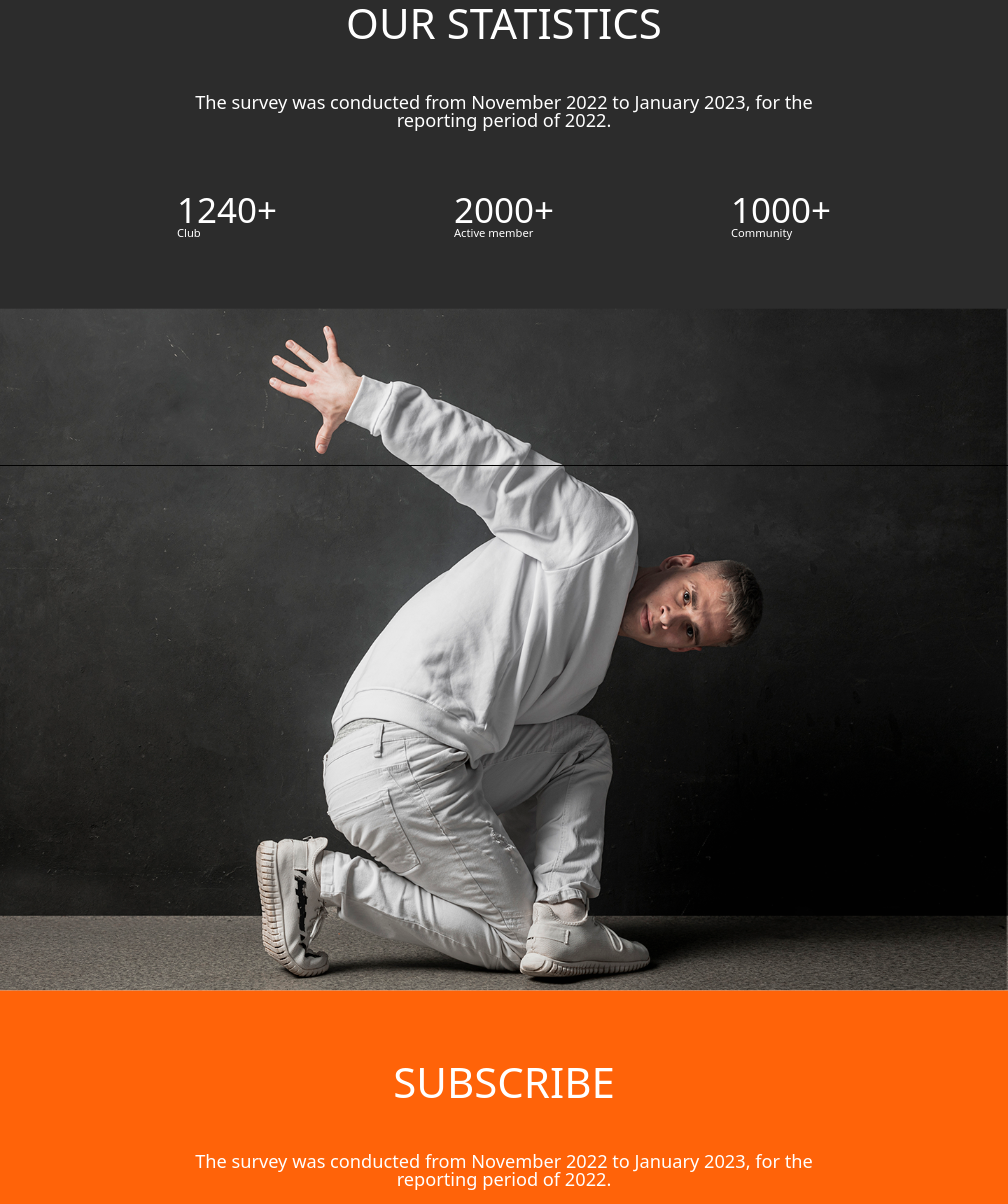
Repository: KinD2704/Web-University
Page: Bai30/index.html
An editor plug-in stored every save of this project. The page is shown before and after the next save, followed by the edit.
The browser window is 1280 px wide. The page is 1440 px wide, so the pictures cover 1440 px, including what lies to the right of the window. The pictures show the part of the page from y = 4780 to 6500 px (the page is 7244 px tall before and 7268 px after), at 70% of full size.

Above is the page before, as saved 2023-12-23 23:22:30.

### Bai30/index.html
<!DOCTYPE html>
<html lang="en">

<head>
    <meta charset="UTF-8" />
    <meta name="viewport" content="width=device-width, initial-scale=1.0" />
    <title>les 30 percent</title>
    <link rel="stylesheet" href="css/reset.css" />
    <link rel="stylesheet" href="css/global.css">
    <link rel="stylesheet" href="css/styles.css" />
</head>

<body>
    <!-- Header -->
    <header>
        <div class="container d-flex justify-space-around">
            <div>
                <img src="img/logo.png" alt="logo" class="logo1" />
            </div>
            <div>
                <ul>
                    <li><a href="#!" class="text-white transition-05">HOME</a></li>
                    <li><a href="#!" class="text-white transition-05">PRODUCT</a></li>
                    <li><a href="#!" class="text-white transition-05">FEEDBACK</a></li>
                    <li><a href="#!" class="text-white transition-05">ABOUT</a></li>
                    <li><a href="#!" class="text-white transition-05">CONTACT</a></li>
                </ul>
            </div>
            <div>
                <img src="img/search.png" alt="search" class="search" />
            </div>
        </div>
    </header>

    <div class="banner1">
        <div class="banner1__item">
            <div><p>Title Here</p></div>
            <div>Lorem ipsum dolor sit amet consectetur adipisicing elit. Vel, nam.</div>
            <div>
                <button class="buttonBtn">Click me</button>
            </div>
        </div>
    </div>
    <div class="banner2 h-974">
        <div class="banner2__container">
            <div class="banner2__text banner2__text1">
                <p class="text-white text-up">Dance Tour</p>
            </div>
            <div class="banner2__text banner2__text2">
                <p class="text-white">
                    Lorem ipsum dolor sit amet, consectetur adipiscing elit.
                    Vivamus lacinia odio vitae vestibulum vestibulum.
                </p>
            </div>
            <div class="banner2__item d-flex justify-space-evenly">
                <div class="banner2__item1">
                    <img src="img/item1.png" alt="" />
                    <p>AMERICA</p>
                    <p>
                        Lorem ipsum dolor sit amet, consectetur adipiscing
                        elit.
                    </p>
                </div>
                <div class="banner2__item1">
                    <img src="img/item2.png" alt="" />
                    <p>ASIA</p>
                    <p>
                        Lorem ipsum dolor sit amet, consectetur adipiscing
                        elit.
                    </p>
                </div>
                <div class="banner2__item1">
                    <img src="img/item3.png" alt="" />
                    <p>AUSTRALIA</p>
                    <p>
                        Lorem ipsum dolor sit amet, consectetur adipiscing
                        elit.
                    </p>
                </div>
            </div>
        </div>
    </div>
    <div class="banner3">
        <div class="banner2__container">
            <div class="banner2__text banner2__text1">
                <p class="text-white text-up">PRICING</p>
            </div>
            <div class="banner2__text banner2__text2">
                <p class="text-white">
                    Lorem ipsum dolor sit amet, consectetur adipiscing elit.
                    Vivamus lacinia odio vitae vestibulum vestibulum.
                </p>
            </div>
            <div class="banner2__item d-flex justify-space-evenly">
                <div class="banner3__item1">
                    <div class="imgBasic"><img src="img/basic.png" alt=""></div>
                    <p>basic</p>
                    <p>Lorem ipsum dolor sit amet, consectetur adipiscing elit</p>
                    <div class="bannerBtn"><button>$150.00</button></div>
                </div>
                <div class="banner3__item1">
                    <div class="imgBasic"><img src="img/basic.png" alt="" /></div>
                    <p>Professional</p>
                    <p>Lorem ipsum dolor sit amet, consectetur adipiscing elit</p>
                    <div class="bannerBtn"><button>$200.00</button></div>
                </div>
                <div class="banner3__item1">
                    <div class="imgBasic"><img src="img/basic.png" alt="" /></div>
                    <p>Ultimate</p>
                    <p>Lorem ipsum dolor sit amet, consectetur adipiscing elit</p>
                    <div class="bannerBtn"><button>$250.00</button></div>
                </div>
            </div>
        </div>
        <div class="banner4 h-974">
            <div class="banner4__container d-flex">
                <div class="banner4__item1">
                    <img src="img/anh-banner4.png" alt="" class="h-974">
                </div>
                <div class="banner4__item2">
                    <p class="p1">BREAKING DANCE</p>
                    <p class="p2">the dancers who perform it. Breaking is popular in many places, but many people do not
                        understand it </p>
                    <div class="bannerBtn"><button class="banner5-Btn">READ MORE</button></div>
                </div>

            </div>
        </div>
        <div class="banner5 h-974">
            <div class="banner5__container d-flex">
                <div class="banner5__item1">
                    <p class="p1">STREET DANCE</p>
                    <p class="p2">Street dance is a type of dance genre that came to being outside the traditional dance
                        studio</p>
                    <div class="bannerBtn"><button class="banner5-Btn">READ MORE</button></div>
                </div>
                <div class="banner5__item2">
                    <img src="img/anh-banner5.png" alt="" class="h-974">
                </div>
            </div>
        </div>
        <div class="banner6 h-974">
            <div class="banner2__container">
                <div class="banner2__text banner2__text1">
                    <p class="text-up text-white">Our Statistics</p>
                </div>
                <div class="banner2__text banner2__text2">
                    <p class="text-white">
                        The survey was conducted from November 2022 to January
                        2023, for the reporting period of 2022.
                    </p>
                </div>
                <div class="banner6__item d-flex justify-space-evenly">
                    <div class="banner6__item1">
                        <p class="text-white">1240+</p>
                        <p class="text-white">Club</p>
                    </div>
                    <div class="banner6__item1">
                        <p class="text-white">2000+</p>
                        <p class="text-white">Active member</p>
                    </div>
                    <div class="banner6__item1">
                        <p class="text-white">1000+</p>
                        <p class="text-white">Community</p>
                    </div>
                </div>
            </div>
            <div class="banner7 h-974">
                <div></div>
            </div>
            <div class="banner8">
                <div class="banner2__container">
                    <div class="banner2__text banner2__text1">
                        <p class="text-up text-white">Subscribe</p>
                    </div>
                    <div class="banner2__text banner2__text2">
                        <p class="text-white">
                            The survey was conducted from November 2022 to January
                            2023, for the reporting period of 2022.
                        </p>
                    </div>
                    <div class="contact-email d-flex">
                        <input type="text" placeholder="Your Email" class="yourEmail">
                        <button class="subscribe">SUBSCRIBE</button>
                    </div>
                </div>
            </div>
            <div class="banner9"></div>

            <!-- Footer -->
            <footer></footer>
</body>

</html>

### Bai30/css/reset.css
article,
aside,
details,
figcaption,
figure,
footer,
header,
hgroup,
menu,
nav,
section {
    display: block;
}
body {
    line-height: 1;
}
ol,
ul {
    list-style: none;
}
blockquote,
q {
    quotes: none;
}
blockquote:before,
blockquote:after,
q:before,
q:after {
    content: "";
    content: none;
}
table {
    border-collapse: collapse;
    border-spacing: 0;
}

### Bai30/css/global.css
.h-974 {
    height: 974px;
}
.text-up {
    text-transform: uppercase;
}
.d-flex {
    display: flex;
}
.text-white {
    color: #ffffff;
}
.justify-space-evenly {
    justify-content: space-evenly;
}
.justify-space-around {
    justify-content: space-around;
}
.transition-05 {
    transition: 0.5s;
}

### Bai30/css/styles.css
* {
    margin: 0;
    padding: 0;
    font-family: system-ui, -apple-system, BlinkMacSystemFont, "Segoe UI",
        Roboto, Oxygen, Ubuntu, Cantarell, "Open Sans", "Helvetica Neue",
        sans-serif;
    box-sizing: border-box;
}
body {
    width: 1440px;
    margin: 0 auto;
}
/* Header */
header {
    position: fixed;
    width: 1440px;
    height: 103px;
    background-color: #303030;
    z-index: 100;
}
.container {
    line-height: 103px;
}
.container .search {
    font-size: 28px;
    margin-top: 40px;
}
.container .logo1 {
    margin-top: 20px;
}
header ul li {
    display: inline-block;
}
header ul li a {
    text-decoration: none;
    font-size: 20px;
    margin: 0 20px;
}
header ul li:hover a {
    color: orange;
}
/* banner 1 */
.banner1 {
    background-image: url("../img/banner1.png");
    height: 796px;
    background-repeat: no-repeat;
    background-size: cover;
    position: relative;
}
.banner1__item {
    position: absolute;
    bottom: 80px;
    left: 80px;
}
/* banner 2 */
.banner2 {
    background-image: url("../img/banner2.png");
}
.banner2__container {
    padding: 100px 0;
}
.banner2__text1 p {
    font-size: 60px;
    text-align: center;
}
.banner2__text2 p {
    font-size: 26px;
    text-align: center;
    width: 892px;
    margin: 0 auto;
    margin-top: 70px;
    margin-bottom: 90px;
}
/* item */
.banner2__item1 {
    background-image: url("/img/background-item.png");
    width: 372px;
    height: 493px;
}

.banner2__item1 p {
    color: #ffffff;
    width: 372px;
}
.banner2__item1 p:first-of-type {
    display: block;
    font-size: 30px;
    text-align: center;
    margin-top: 45px;
}
.banner2__item1 p:last-of-type {
    display: block;
    font-size: 18px;
    text-align: center;
    margin-bottom: 40px;
    margin-top: 20px;
}

/* banner3 */
.banner3 {
    background-image: url("../img/banner3.png");
    height: 974px;
}
.banner3__item1 {
    color: white;
    background-image: url("../img/background-item-1.png");
    width: 372px;
    height: 493px;
}
.banner3__item1 .imgBasic {
    width: 372px;
    text-align: center;
    margin: 60px auto;
}
.banner3__item1 p:first-of-type {
    display: block;
    font-size: 30px;
    text-align: center;
    text-transform: uppercase;
    margin-bottom: 30px;
}
.banner3__item1 p:last-of-type {
    display: block;
    font-size: 18px;
    text-align: center;
    margin-bottom: 30px;
}
.banner3__item1 .bannerBtn {
    margin: 0 auto;
    width: 372px;
    text-align: center;
}
.banner3__item1 button,
.banner5-Btn {
    height: 70px;
    width: 80%;
    text-align: center;
    color: white;
    background-color: #303030;
    border-radius: 5px;
    font-size: 20px;
    transition: 0.5s;
}
.bannerBtn:hover button,
.bannerBtn:hover .banner5-Btn {
    background-color: gold;
    cursor: pointer;
    color: sienna;
}
/* Banner 4 */
.banner4 {
    background-image: url("../img/banner4.png");
}
.banner4__item1,
.banner4__item2,
.banner5__item1,
.banner5__item2 {
    flex-basis: 50%;
}
.banner4__item1 img,
.banner5__item2 img {
    width: 100%;
    object-fit: cover;
}
.banner4__item2,
.banner5__item1 {
    color: white;
    padding-left: 60px;
}
/* Banner 5 */
.banner5 {
    background-image: url("../img/banner5.png");
}
.banner5-Btn {
    width: 40%;
    margin-bottom: 270px;
}
.p1 {
    font-size: 60px;
    text-transform: uppercase;
    margin-top: 300px;
}
.p2 {
    font-size: 26px;
    margin: 0 auto;
    margin-top: 70px;
    margin-bottom: 90px;
}
/* banner 6 */
.banner6 {
    background-image: url("../img/banner6.png");
}
.banner6__item p:first-of-type {
    font-size: 50px;
}
/* Banner 7 */
.banner7 {
    background-image: url("../img/banner7-1.png");
}
/* Banner 8 */
.banner8 {
    background-image: url("../img/banner8.png");
    height: 579px;
}
.contact-email {
    width: 770px;
    height: 70px;
    margin: 0 auto;
}
.yourEmail {
    flex-basis: 70%;
}
.subscribe {
    flex-basis: 30%;
}
/* Banner 9 */
.banner9 {
    background-image: url("../img/banner9.png");
    height: 470px;
}

After the next save:
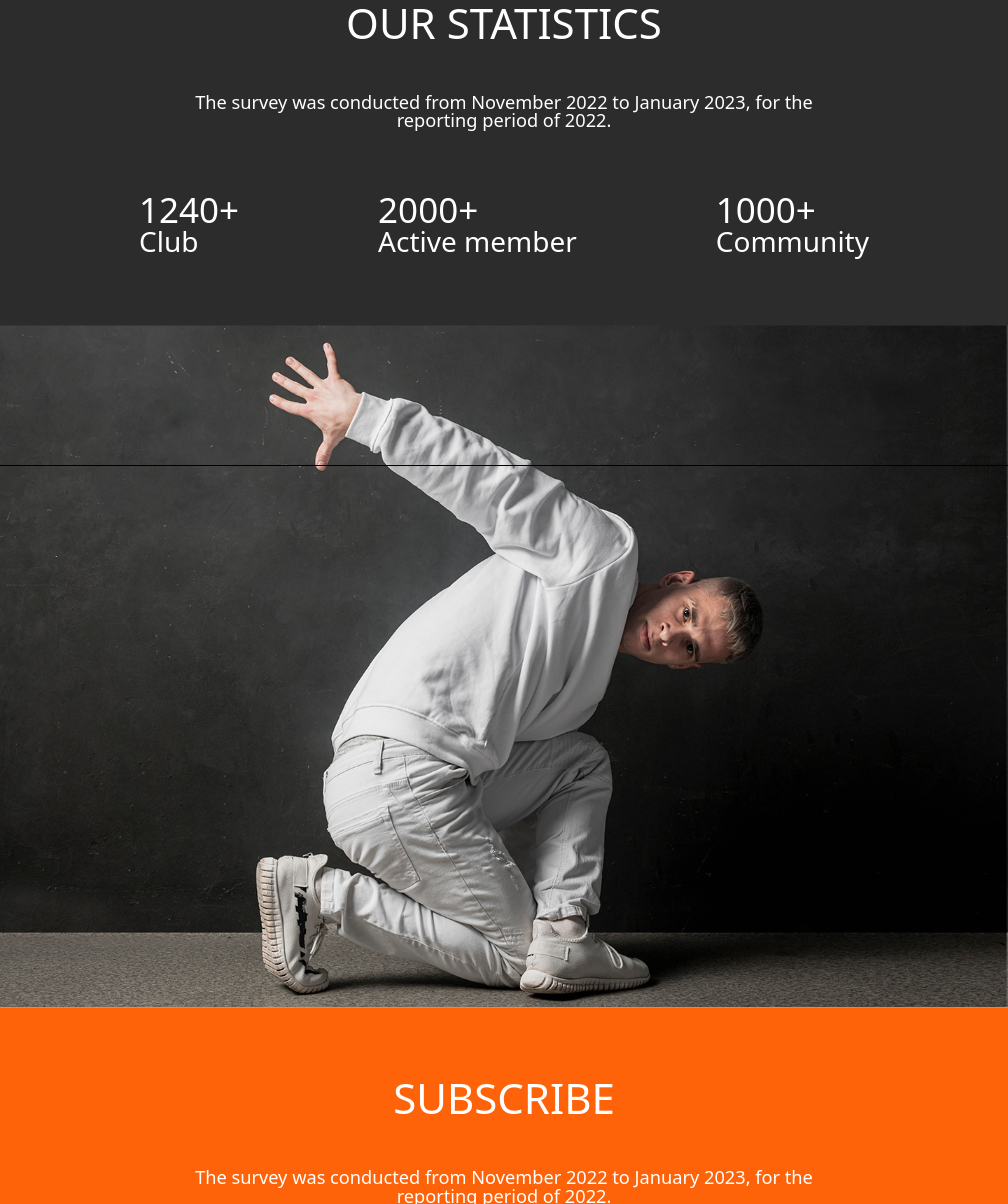
Saved 72 s later.
--- a/Bai30/css/styles.css
+++ b/Bai30/css/styles.css
@@ -193,6 +193,9 @@ header ul li:hover a {
 .banner6__item p:first-of-type {
     font-size: 50px;
 }
+.banner6__item p:last-of-type {
+    font-size: 40px;
+}
 /* Banner 7 */
 .banner7 {
     background-image: url("../img/banner7-1.png");
